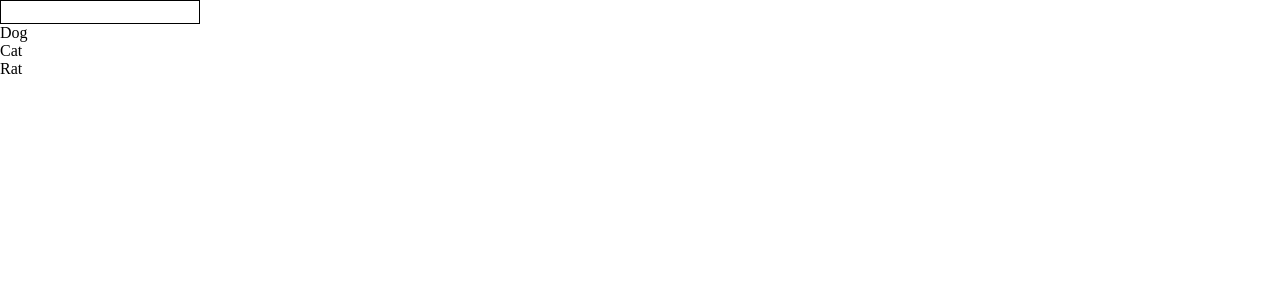
Repository: FujieRyou/react_practice
Page: /
An editor plug-in stored every save of this project. The page is shown before and after the next save, followed by the edit.
The browser window is 1280 px wide. The pictures show the whole page.
The project was rebuilt for these pictures with package versions that can differ from the ones it lists, and the page was loaded fresh each time. Also part of the build but not shown: vite.config.js, src/components/testComponent.jsx, src/components/todoComponent.jsx, src/components/countUp.jsx, src/components/switchFlag.jsx, src/components/props1.jsx, src/components/profile.jsx, src/components/ivent.jsx and 4 more.

Above is the page before, as saved 2023-01-24 14:17:23.

### src/App.jsx
import { useEffect } from "react"
import { useRef } from "react"
import { useState } from "react"
import TestComponent from "./components/testComponent"
import styles from "./scss/style.scss"
import Todolist from "./components/todoComponent"
import CountUp from "./components/countUp"
import SwitchFlag from "./components/switchFlag"
import PropsPractice from "./components/props1"
import Profile from "./components/profile"
import ChangeIvent from "./components/ivent"
import InputInterlocking from "./components/inputInterlocking"
import ShuffleNumArray from "./components/ShuffleNumArray"
import ArrayDisplay from "./components/arrayListDisplay"
import ArrayFilter from "./components/arrayFilter"
import ConditionalBranch from "./components/ConditionalBranch"


const App = () =>{
  const profileInfo = [
    {name:"Takasi",age:20,from:"大阪"},
    {name:"Hirosi",age:19,from:"東京"},
    {name:"Musasi",age:21,from:"名古屋"},
]


  return(
    <div>
      {/* todolist作成中 */}
      {/* <Todolist /> */}

      {/* 押すたびにcountがupする(useState練習) */}
      {/* < CountUp /> */}

      {/* 押すたびにON,OFFがきりかわる(useState練習) */}
      {/* <SwitchFlag /> */}

    {/* props練習 */}
    {/* <PropsPractice color="red"/>
    <PropsPractice num={123}/>

    <Profile
      name={profileInfo[0].name}
      age={profileInfo[0].age}
      from={profileInfo[0].from}
    />

    <Profile
      {...profileInfo[1]}
    />

    <Profile/>

    <ChangeIvent />

    <InputInterlocking />

    <ShuffleNumArray /> */}

    {/* <ArrayDisplay /> */}

    {/* <ArrayFilter /> */}

    <ConditionalBranch />


    </div>






  )
}


export default App

### src/scss/style.scss
@forward "_ress";

input{
    border: solid 1px black;
    width: 200px;
    height: 32px;
}

.btn{
    width: 56px;
    height: 32px;
    background-color: aquamarine;
}

.list{
    width: 200px;
    height: 100px;
    background-color: tomato;
    border: solid 1px skyblue;
    padding: 10px 12px;
    list-style-type: none;
}

.component{
    width: 200px;
    height: 150px;
    border: solid 5px green;
    color: green;
}
.component.red{
    width: 200px;
    height: 150px;
    border: solid 5px red;
    color: red;
}

.mouseInOut{
    width: 200px;
    height: 200px;
    background-color: aquamarine;
    margin-top: 20px;
}

.todoWrap{
    width: 400px;
    height: auto;
    margin: 0 auto;
    padding-top: 40px;
    h2{
        font-size: 26px;
    }
}

.addBtn{
    width: 80px;
    height: 54px;
    background-color: skyblue;
    margin-left: 8px;
}

.txtArea{
    width: 300px;
    height: 54px;
    margin-top: 24px;
    font-size: 24px;
}

.additionBtn{
    width: 40px;
    height: 40px;
    background-color: skyblue;
    margin-left: 4px;
}

.inputValueFilter{
    width: 200px;
    height: 24px;
    border: solid 1px black;
}

### src/components/ConditionalBranch.jsx
import { useState } from "react";

const animals = ["Dog","Cat","Rat"];
const ConditionalBranch = () =>{
    const [inputVal, setinputVal] = useState("")

    return(
        <div>
            <input type="text" className="inputValueFilter" value={inputVal} onChange={(e)=>{
                setinputVal(e.target.value)
            }} />
            <ul>
                {animals
                .filter(animal => animal.indexOf(inputVal) !== -1)
                .map(animal => <li key={animal}>{animal}</li>)
                }
            </ul>
        </div>
    )
}

export default ConditionalBranch;

### src/scss/_ress.scss
/*!
 * ress.css • v4.0.0
 * MIT License
 * github.com/filipelinhares/ress
 */

/* # =================================================================
   # Global selectors
   # ================================================================= */

   html {
    box-sizing: border-box;
    -webkit-text-size-adjust: 100%; /* Prevent adjustments of font size after orientation changes in iOS */
    word-break: normal;
    -moz-tab-size: 4;
    tab-size: 4;
  }

  *,
  ::before,
  ::after {
    background-repeat: no-repeat; /* Set `background-repeat: no-repeat` to all elements and pseudo elements */
    box-sizing: inherit;
  }

  ::before,
  ::after {
    text-decoration: inherit; /* Inherit text-decoration and vertical align to ::before and ::after pseudo elements */
    vertical-align: inherit;
  }

  * {
    padding: 0; /* Reset `padding` and `margin` of all elements */
    margin: 0;
  }

  /* # =================================================================
     # General elements
     # ================================================================= */

  hr {
    overflow: visible; /* Show the overflow in Edge and IE */
    height: 0; /* Add the correct box sizing in Firefox */
    color: inherit; /* Correct border color in Firefox. */
  }

  details,
  main {
    display: block; /* Render the `main` element consistently in IE. */
  }

  summary {
    display: list-item; /* Add the correct display in all browsers */
  }

  small {
    font-size: 80%; /* Set font-size to 80% in `small` elements */
  }

  [hidden] {
    display: none; /* Add the correct display in IE */
  }

  abbr[title] {
    border-bottom: none; /* Remove the bottom border in Chrome 57 */
    /* Add the correct text decoration in Chrome, Edge, IE, Opera, and Safari */
    text-decoration: underline;
    text-decoration: underline dotted;
  }

  a {
    background-color: transparent; /* Remove the gray background on active links in IE 10 */
  }

  a:active,
  a:hover {
    outline-width: 0; /* Remove the outline when hovering in all browsers */
  }

  code,
  kbd,
  pre,
  samp {
    font-family: monospace, monospace; /* Specify the font family of code elements */
  }

  pre {
    font-size: 1em; /* Correct the odd `em` font sizing in all browsers */
  }

  b,
  strong {
    font-weight: bolder; /* Add the correct font weight in Chrome, Edge, and Safari */
  }

  /* https://gist.github.com/unruthless/413930 */
  sub,
  sup {
    font-size: 75%;
    line-height: 0;
    position: relative;
    vertical-align: baseline;
  }

  sub {
    bottom: -0.25em;
  }

  sup {
    top: -0.5em;
  }

  table {
    border-color: inherit; /* Correct border color in all Chrome, Edge, and Safari. */
    text-indent: 0; /* Remove text indentation in Chrome, Edge, and Safari */
  }

  /* # =================================================================
     # Forms
     # ================================================================= */

  input {
    border-radius: 0;
  }

  /* Replace pointer cursor in disabled elements */
  [disabled] {
    cursor: default;
  }

  [type='number']::-webkit-inner-spin-button,
  [type='number']::-webkit-outer-spin-button {
    height: auto; /* Correct the cursor style of increment and decrement buttons in Chrome */
  }

  [type='search'] {
    -webkit-appearance: textfield; /* Correct the odd appearance in Chrome and Safari */
    outline-offset: -2px; /* Correct the outline style in Safari */
  }

  [type='search']::-webkit-search-decoration {
    -webkit-appearance: none; /* Remove the inner padding in Chrome and Safari on macOS */
  }

  textarea {
    overflow: auto; /* Internet Explorer 11+ */
    resize: vertical; /* Specify textarea resizability */
  }

  button,
  input,
  optgroup,
  select,
  textarea {
    font: inherit; /* Specify font inheritance of form elements */
  }

  optgroup {
    font-weight: bold; /* Restore the font weight unset by the previous rule */
  }

  button {
    overflow: visible; /* Address `overflow` set to `hidden` in IE 8/9/10/11 */
  }

  button,
  select {
    text-transform: none; /* Firefox 40+, Internet Explorer 11- */
  }

  /* Apply cursor pointer to button elements */
  button,
  [type='button'],
  [type='reset'],
  [type='submit'],
  [role='button'] {
    cursor: pointer;
    color: inherit;
  }

  /* Remove inner padding and border in Firefox 4+ */
  button::-moz-focus-inner,
  [type='button']::-moz-focus-inner,
  [type='reset']::-moz-focus-inner,
  [type='submit']::-moz-focus-inner {
    border-style: none;
    padding: 0;
  }

  /* Replace focus style removed in the border reset above */
  button:-moz-focusring,
  [type='button']::-moz-focus-inner,
  [type='reset']::-moz-focus-inner,
  [type='submit']::-moz-focus-inner {
    outline: 1px dotted ButtonText;
  }

  button,
  html [type='button'], /* Prevent a WebKit bug where (2) destroys native `audio` and `video`controls in Android 4 */
  [type='reset'],
  [type='submit'] {
    -webkit-appearance: button; /* Correct the inability to style clickable types in iOS */
  }

  /* Remove the default button styling in all browsers */
  button,
  input,
  select,
  textarea {
    background-color: transparent;
    border-style: none;
  }

  a:focus,
  button:focus,
  input:focus,
  select:focus,
  textarea:focus {
    outline-width: 0;
  }

  /* Style select like a standard input */
  select {
    -moz-appearance: none; /* Firefox 36+ */
    -webkit-appearance: none; /* Chrome 41+ */
  }

  select::-ms-expand {
    display: none; /* Internet Explorer 11+ */
  }

  select::-ms-value {
    color: currentColor; /* Internet Explorer 11+ */
  }

  legend {
    border: 0; /* Correct `color` not being inherited in IE 8/9/10/11 */
    color: inherit; /* Correct the color inheritance from `fieldset` elements in IE */
    display: table; /* Correct the text wrapping in Edge and IE */
    max-width: 100%; /* Correct the text wrapping in Edge and IE */
    white-space: normal; /* Correct the text wrapping in Edge and IE */
    max-width: 100%; /* Correct the text wrapping in Edge 18- and IE */
  }

  ::-webkit-file-upload-button {
    /* Correct the inability to style clickable types in iOS and Safari */
    -webkit-appearance: button;
    color: inherit;
    font: inherit; /* Change font properties to `inherit` in Chrome and Safari */
  }

  /* # =================================================================
     # Specify media element style
     # ================================================================= */

  img {
    border-style: none; /* Remove border when inside `a` element in IE 8/9/10 */
  }

  /* Add the correct vertical alignment in Chrome, Firefox, and Opera */
  progress {
    vertical-align: baseline;
  }

  /* # =================================================================
     # Accessibility
     # ================================================================= */

  /* Specify the progress cursor of updating elements */
  [aria-busy='true'] {
    cursor: progress;
  }

  /* Specify the pointer cursor of trigger elements */
  [aria-controls] {
    cursor: pointer;
  }

  /* Specify the unstyled cursor of disabled, not-editable, or otherwise inoperable elements */
  [aria-disabled='true'] {
    cursor: default;
  }

Loaded but not shown: index.html (common file); src/main.jsx (common file)

After the next save:
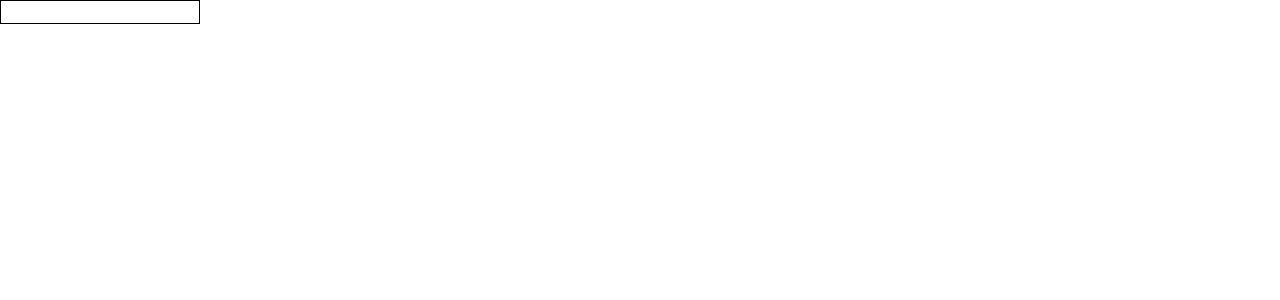
Saved 2 min 6 s later.
--- a/src/components/ConditionalBranch.jsx
+++ b/src/components/ConditionalBranch.jsx
@@ -11,7 +11,7 @@
             }} />
             <ul>
                 {animals
-                .filter(animal => animal.indexOf(inputVal) !== -1)
+                .filter(animal => animal.indexOf(inputVal) !== 0)
                 .map(animal => <li key={animal}>{animal}</li>)
                 }
             </ul>

After the save that followed:
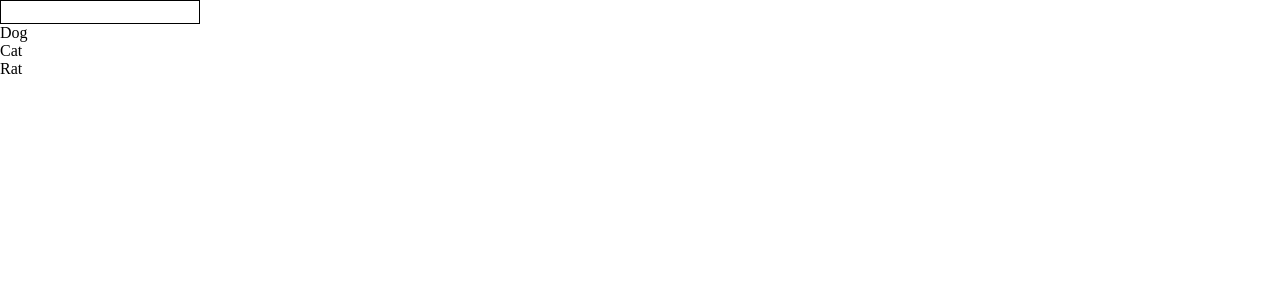
Saved 6 s later.
--- a/src/components/ConditionalBranch.jsx
+++ b/src/components/ConditionalBranch.jsx
@@ -11,7 +11,7 @@
             }} />
             <ul>
                 {animals
-                .filter(animal => animal.indexOf(inputVal) !== 0)
+                .filter(animal => animal.indexOf(inputVal) !== 1)
                 .map(animal => <li key={animal}>{animal}</li>)
                 }
             </ul>
